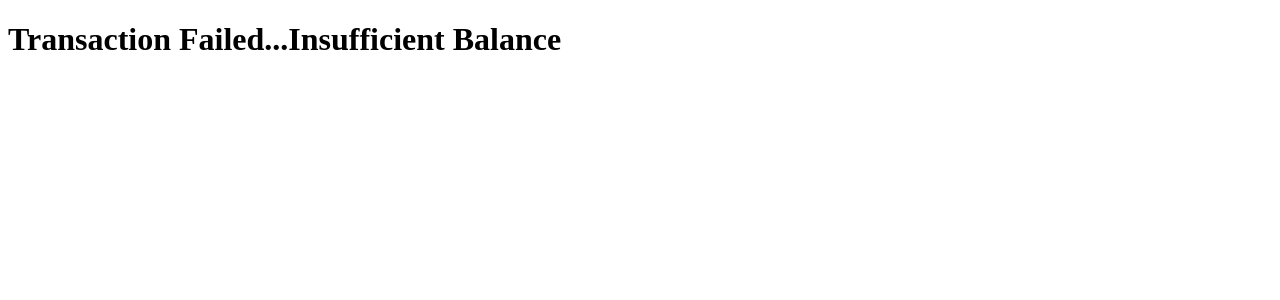
Repository: SwatiJajoriya/JPAForeignKey
Page: http://localhost/SportyShoes/payfail.jsp
These files come from the project's save history. The page is drawn as it stood at one moment and after the next save; the edit follows.
The browser window is 1280 px wide. The pictures show the whole page.
The page is served by Tomcat 9. Other server files are loaded and not shown.

Above is the page before, as saved 2023-01-29 12:23:16.

### SportyShoes/src/main/webapp/payfail.jsp
<%@ page language="java" contentType="text/html; charset=ISO-8859-1"
    pageEncoding="ISO-8859-1"%>
<!DOCTYPE html>
<html>
<head>
<meta charset="ISO-8859-1">
<title>Insert title here</title>
</head>
<body>
<h1>Transaction Failed...Insufficient Balance</h1>
</body>
</html>

After the next save:
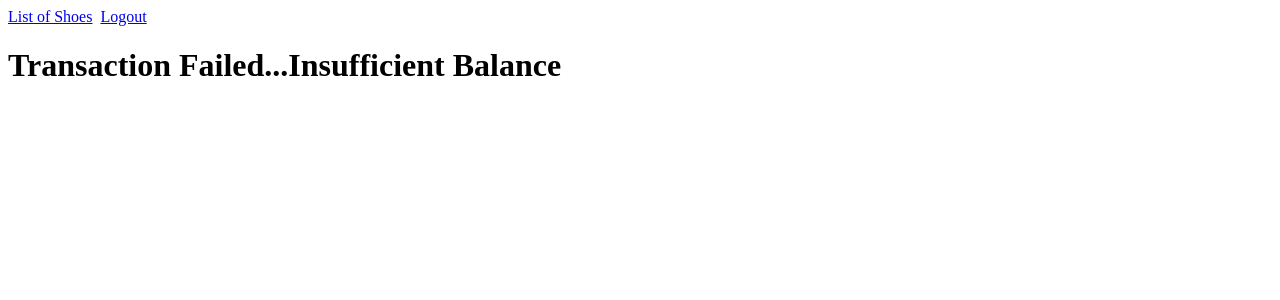
Saved 48 min 42 s later.
--- a/SportyShoes/src/main/webapp/payfail.jsp
+++ b/SportyShoes/src/main/webapp/payfail.jsp
@@ -7,6 +7,9 @@
 <title>Insert title here</title>
 </head>
 <body>
+<a href="usershoelist.jsp">List of Shoes</a>&nbsp
+<a href="Logout.jsp">Logout</a><br>
+
 <h1>Transaction Failed...Insufficient Balance</h1>
 </body>
 </html>
